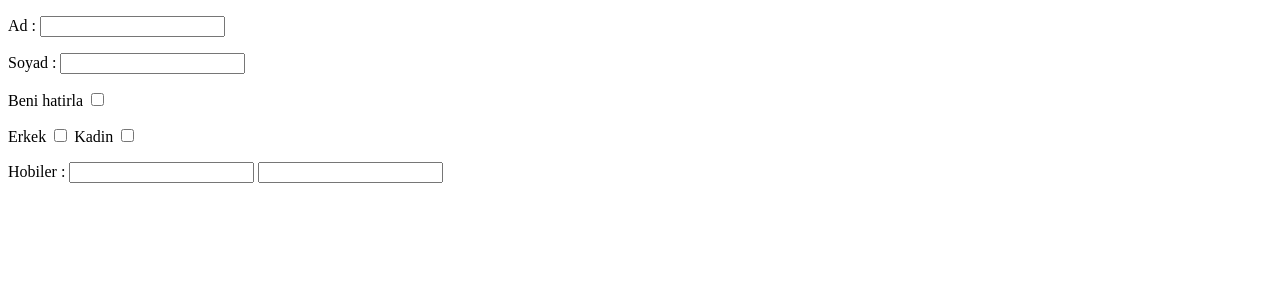
Repository: sammkrt/git101
Page: html-css-TrainingMyself/forms.html
An editor plug-in stored every save of this project. The page is shown before and after the next save, followed by the edit.
The browser window is 1280 px wide. The pictures show the whole page.

Above is the page before, as saved 2022-12-22 12:21:48.

After the next save:
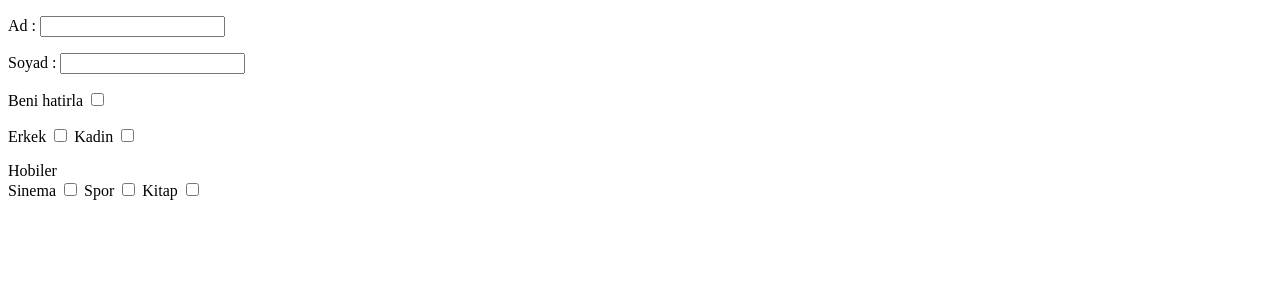
Saved 97 s later.
--- a/html-css-TrainingMyself/forms.html
+++ b/html-css-TrainingMyself/forms.html
@@ -21,9 +21,11 @@
             Kadin <input type="checkbox" name="Cinsiyet">
         </p>
         <p>
-            Hobiler : <input
+            Hobiler <br>
+            Sinema <input type="checkbox">
+            Spor <input type="checkbox">
+            Kitap <input type="checkbox">
         </p>
-        <input>
 
 
 
